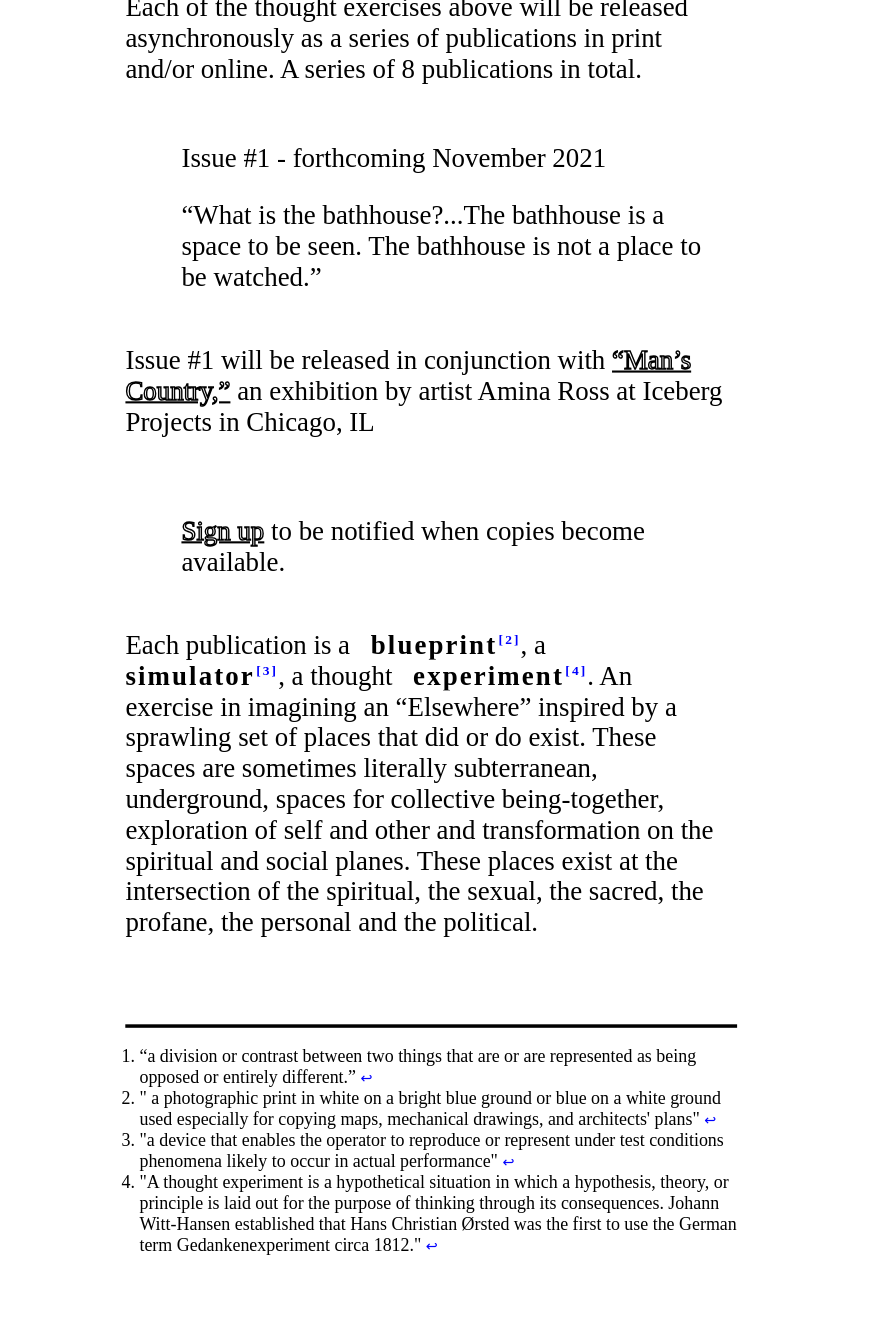
Repository: ayoungblood2/bathhouse.online
Page: index.html
An editor plug-in stored every save of this project. The page is shown before and after the next save, followed by the edit.
The browser window is 1280 px wide. The pictures show the part of the page from y = 3495 to 5415 px (the page is 5415 px tall), at 70% of full size.
An inner scrolling area shows only its first screen. Backgrounds fixed to the window are drawn as part of the page. Some web fonts or font styles are not loaded; a fallback is used.

Above is the page before, as saved 2021-10-16 17:54:39.
Not found: js/layout_main.js
Not found: js/three_main.js
Not found: style.css

### index.html
<!DOCTYPE html>
<html>

<head>
    <meta charset="UTF-8">
    <meta name="viewport" content="width=device-width, initial-scale=1.0, maximum-scale=1.0, user-scalable=no" />
    <title>bathhouse.online</title>
    <link rel="apple-touch-icon" sizes="180x180" href="/apple-touch-icon.png">
    <link rel="icon" type="image/png" sizes="32x32" href="/favicon-32x32.png">
    <link rel="icon" type="image/png" sizes="16x16" href="/favicon-16x16.png">
    <link rel="manifest" href="/site.webmanifest">
    <link rel="stylesheet" href="style.css">
    <script src="http://code.jquery.com/jquery-1.12.0.min.js"></script>
    <link rel='dns-prefetch' href='//ajax.googleapis.com' />
    <meta name="keywords" content="Amina Ross, Avery Youngblood">
    <meta name="author" content="Avery Youngblood">
    <script type="text/javascript" src="./js/layout_main.js"></script>
    <script type="text/javascript" src="./js/three_main.js"></script>

    <style>
        @font-face {
            font-family: Avenir Next Heavy;
            src: url(fonts/AvenirNext.ttc);
        }

        body,
        html {
            height: 100%;
            width: 100%;
            margin: 0;
            overflow-x: hidden;
        }

        *,
        *:before,
        *:after {
            box-sizing: inherit;
        }

        .bg {

            /* background-image: url('images/20211010224425098.gif'); */


            /* Full height */
            height: 100%;

            /* Center and scale the image nicely */
            background-position: center;
            background-repeat: no-repeat;
            background-size: cover;
            position: relative;
            top: 0;
            left: 0;

            /* padding: 100px; */

            font-family: "Avenir Next Heavy";

        }




        .txt {
            position: absolute;
            top: 60px;
            left: 80px;
            font-family: "Avenir Next Heavy";
        }

        h1 {
            font-size: 10vw;
            text-align: center;
        }

        p {
            font-size: 3vw;
        }

        .parallax {
            /* The image used */
            background-image: url('images/20211010224425098.gif');

            /* Full height */
            height: 100%;

            /* Create the parallax scrolling effect */
            background-attachment: fixed;
            background-position: center;
            background-repeat: no-repeat;
            background-size: cover;
        }

        .container {
            padding: 10px;
            width: 2em;
        }

        .item {
            width: 50%;
            width: fit-content;
            padding: 5px;
            margin-bottom: 1em;
        }


        @media only screen and (max-width:900px) {
            h1 {
                font-size: 8vw;
            }

            .bg {
                padding: 0px;
            }

            p {
                font-size: 2vw;
            }
        }

        .top {
            padding: 1em;
            /* display: grid; */
            /* grid-gap: 3em; */
            grid-template-columns: repeat(1, 250px);
        }

        .quote {
            padding: 1em;
            /* border-radius: .3em; */
            /* box-shadow: 10px 10px 30px rgba(0, 0, 0, 0.1); */
        }

        p {
            margin-top: 0;
            margin-right: 20px;
            font-size: 3vw;
        }

        span {
            font-weight: bold;
            position: relative;
            margin-left: 20px;
        }

        :before {
            content: '';
            position: fixed;
            height: 1px;
            width: 20px;
            /* border-bottom: 1px solid black; */
            top: 20px;
        }




        @media(min-width:950px) {
            .top {
                grid-template-columns: repeat(2, 250fr);
            }
        }

        .tab {
            margin-left: 80px;
        }



        footer {
            margin-top: 50px;
            border-top: 5px solid black;
            font-size: 2vw;
        }

        footer ol {
            padding-left: 20px;
        }

        /**
 * Initialiazing a `footnotes` counter on the wrapper
 */
        article {
            counter-reset: footnotes;
        }

        /**
 * Inline footnotes references
 * 1. Increment the counter at each new reference
 * 2. Reset link styles to make it appear like regular text
 */
        [aria-describedby="footnote-label"] {
            counter-increment: footnotes;
            /* 1 */
            text-decoration: none;
            /* 2 */
            color: inherit;
            /* 2 */
            cursor: default;
            /* 2 */
            outline: none;
            /* 2 */
        }

        /**
 * Actual numbered references
 * 1. Display the current state of the counter (e.g. `[1]`)
 * 2. Align text as superscript
 * 3. Make the number smaller (since it's superscript)
 * 4. Slightly offset the number from the text
 * 5. Reset link styles on the number to show it's usable
 */
        [aria-describedby="footnote-label"]::after {
            content: '['counter(footnotes)']';
            /* 1 */
            vertical-align: super;
            /* 2 */
            font-size: 0.5em;
            /* 3 */
            margin-left: 2px;
            /* 4 */
            color: blue;
            /* 5 */
            /* text-decoration: underline; */
            /* 5 */
            cursor: pointer;
            /* 5 */
        }

        /**
 * Resetting the default focused styles on the number
 */
        [aria-describedby="footnote-label"]:focus::after {
            outline: thin dotted;
            outline-offset: 2px;
        }

        [aria-label="Back to content"] {
            font-size: 0.8em;
        }

        /**
 * Highlight target note
 */
        footer :target {
            background: yellow;
            padding: 1.5%;
            background-clip: border-box;
        }

        /**
 * Visually hidden yet accessible content
 */
        .visually-hidden {
            position: absolute;
            clip: rect(0 0 0 0);
            visibility: hidden;
            opacity: 0;
        }
    </style>

<body>


    <div class="parallax"></div>

    <div class="bg"></div>

    <div class="txt" style="padding-right: 10%;">

        <h1>bathhouse.online</h1>



        <div class="top">
            <div class="quote" style="padding: 8%;">
                <article>
                    <p style="font-size: 5vw;">

                        The bathhouse is safe. <br>The bathhouse is not secure.<br><br>
                        The bathhouse is a space to be seen. <br>The bathhouse is not a place to be watched.<br><br>
                        The bathhouse is sensual. <br>The bathhouse is not unspiritual.<br><br>
                        The bathhouse is a space for meaningful work. <br>The bathhouse is not a workplace.<br><br>
                        The bathhouse is a technology. <br>The bathhouse is not a machine.<br><br>
                        The bathhouse is immersive. <br>The bathhouse is not without a body.<br><br>
                        The bathhouse is sweating. <br>The bathhouse is not drained.<br><br>
                        The bathhouse is gone. <br>The bathhouse is not over.<br>
                    </p>

                    <br>

                    <p>
                        “The Bathhouse” is a yet-to-exist space, generated through a set of (false)<span
                            style="letter-spacing: 3px;"><a href="#footnotes" aria-describedby="footnote-label"
                                id="footnotes-ref">dichotomies</a></span>,
                        core questions, reflections and exercises. The characteristics of The Bathhouse are drawn from
                        the
                        "Queer/Bath/House Research Project" - A research project conceived of by <a
                            style="color: white; -webkit-text-stroke: 2px black;" href=aminaross.com>Amina
                            Ross</a>, carried forward with artist and summer research assistant <a
                            style="color: white; -webkit-text-stroke: 2px black;"
                            href=https://nguyenbao.myportfolio.com>
                            Bao Nguyen</a>. "Queer/Bath/House Research Project" took place during the
                        height of the covid-19 pandemic in the summer of 2020.

                    </p>
                    <br> <br>
                    <p>
                        The Bathhouse is the Continental Baths in New York, the troglodytic town of Pantalica in Greece,
                        the
                        Schokofabrik in Berlin, Pedra de Xangô in Bahia, Man's Country in Chicago, the stepwell of Chand
                        Baori in Rajasthan, the mycorrhizal network beneath a forest.


                    </p>
                    <br> <br>
                    <p>
                        Each of the thought exercises above will be released asynchronously as a series of publications
                        in
                        print and/or online. A series of 8 publications in total.<br><br>
                    <p class="tab">Issue #1 - forthcoming November 2021</p>
                    <p class="tab">“What is the bathhouse?...The bathhouse is a space to be seen. The bathhouse is not a
                        place to be
                        watched.”</p>
                    </p>
                    <br> <br>
                    <p>
                        Issue #1 will be released in conjunction with <a
                            style="color: white; -webkit-text-stroke: 2px black;" href=https://icebergchicago.com>“Man’s
                            Country,”</a> an exhibition by artist Amina Ross at Iceberg Projects in Chicago, IL
                    </p>
                    <br> <br>
                    <p>

                    <p class="tab"><a style="color: white; -webkit-text-stroke: 2px black;"
                            href=https://forms.gle/NMAofWzGxNe4W74i9>Sign up</a> to be notified when copies become
                        available.</p>

                    </p>
                    <br> <br>
                    <p>
                        Each publication is a <span style="letter-spacing: 3px;"><a href="#css"
                                aria-describedby="footnote-label" id="css-ref">blueprint</a></span>, a <span
                            style="letter-spacing: 3px;"><a href="#css-counters" aria-describedby="footnote-label"
                                id="css-counters-ref">simulator</a></span>, a thought <span
                            style="letter-spacing: 3px;"><a href="#css-counters-2" aria-describedby="footnote-label"
                                id="css-counters-ref-2">experiment</a></span>. An exercise in imagining an
                        “Elsewhere” inspired by a sprawling set of places that did or do exist. These spaces are
                        sometimes
                        literally subterranean, underground, spaces for collective being-together, exploration of self
                        and
                        other and transformation on the spiritual and social planes. These places exist at the
                        intersection
                        of the spiritual, the sexual, the sacred, the profane, the personal and the political.

                    </p>
                    <br> <br>

                </article>

                <footer>

                    <ol>
                        <li id="footnotes"><a style="text-decoration: none; color: black;"
                                href=https://www.lexico.com/en/definition/dichotomy>“a division or contrast between two
                                things that
                                are or are represented as
                                being opposed or entirely different.”</a>

                            <a href="#footnotes-ref" aria-label="Back to content"
                                style="color: blue; text-decoration: none;">↩</a>

                        </li>

                        <li id="css"><a style="text-decoration: none; color: black;"
                                href=https://www.merriam-webster.com/dictionary/blueprint#:~:text=Blueprint%20%7C%20Definition%20of%20Blueprint%20by%20Merriam%2DWebster>"
                                a photographic print in white on a bright blue ground or blue on a white ground
                                used especially for copying maps, mechanical drawings, and architects' plans"</a>

                            <a href="#css-ref" aria-label="Back to content"
                                style="color: blue; text-decoration: none;">↩</a>

                        </li>

                        <li id="css-counters"><a style="text-decoration: none; color: black;"
                                href=https://www.merriam-webster.com/dictionary/simulator>"a device that enables the
                                operator to reproduce or represent under test
                                conditions phenomena likely to occur in actual performance"</a>

                            <a href="#css-counters-ref" aria-label="Back to content"
                                style="color: blue; text-decoration: none;">↩</a>

                        </li>

                        <li id="css-counters-2"><a style="text-decoration: none; color: black;"
                                href=https://en.wikipedia.org/wiki/Thought_experiment>"A thought experiment is a
                                hypothetical situation in which a hypothesis, theory, or principle is laid out for the
                                purpose of thinking through its consequences. Johann Witt-Hansen established that Hans
                                Christian Ørsted was the first to use the German term Gedankenexperiment circa
                                1812."</a>

                            <a href="#css-counters-ref-2" aria-label="Back to content"
                                style="color: blue; text-decoration: none;">↩</a>

                        </li>

                    </ol>
                </footer>


            </div>


        </div>

    </div>


</body>

<script>
    $(function () {
        var previousScroll = 0;
        $(window).scroll(function (event) {
            var scroll = $(this).scrollTop();
            var heading = $('.parallax');

            if (scroll > 600) {
                console.log('scrolling down');
                heading.fadeIn("slow", function () {
                    heading.css('opacity', '0.4');
                });
            } else {
                heading.fadeIn("slow", function () {
                    heading.css('opacity', '1');
                });
            }
            previousScroll = scroll;
        });
    })
</script>
</head>

</html>

After the next save:
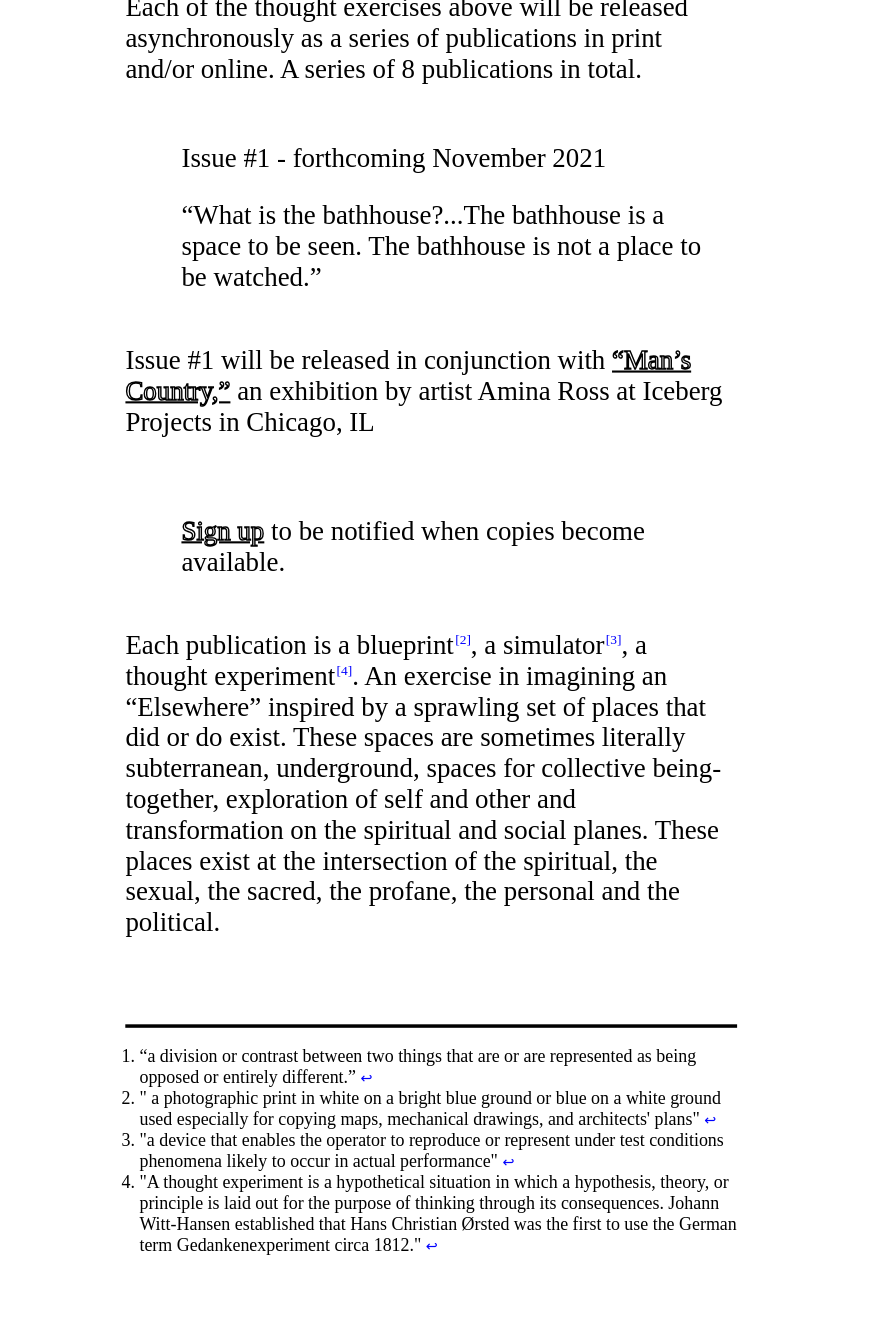
Saved 7 min 25 s later.
--- a/index.html
+++ b/index.html
@@ -340,12 +340,11 @@
                     </p>
                     <br> <br>
                     <p>
-                        Each publication is a <span style="letter-spacing: 3px;"><a href="#css"
-                                aria-describedby="footnote-label" id="css-ref">blueprint</a></span>, a <span
-                            style="letter-spacing: 3px;"><a href="#css-counters" aria-describedby="footnote-label"
-                                id="css-counters-ref">simulator</a></span>, a thought <span
-                            style="letter-spacing: 3px;"><a href="#css-counters-2" aria-describedby="footnote-label"
-                                id="css-counters-ref-2">experiment</a></span>. An exercise in imagining an
+                        Each publication is a <a href="#css" aria-describedby="footnote-label"
+                            id="css-ref">blueprint</a></span>, a <a href="#css-counters"
+                            aria-describedby="footnote-label" id="css-counters-ref">simulator</a></span>, a thought <a
+                            href="#css-counters-2" aria-describedby="footnote-label"
+                            id="css-counters-ref-2">experiment</a></span>. An exercise in imagining an
                         “Elsewhere” inspired by a sprawling set of places that did or do exist. These spaces are
                         sometimes
                         literally subterranean, underground, spaces for collective being-together, exploration of self
